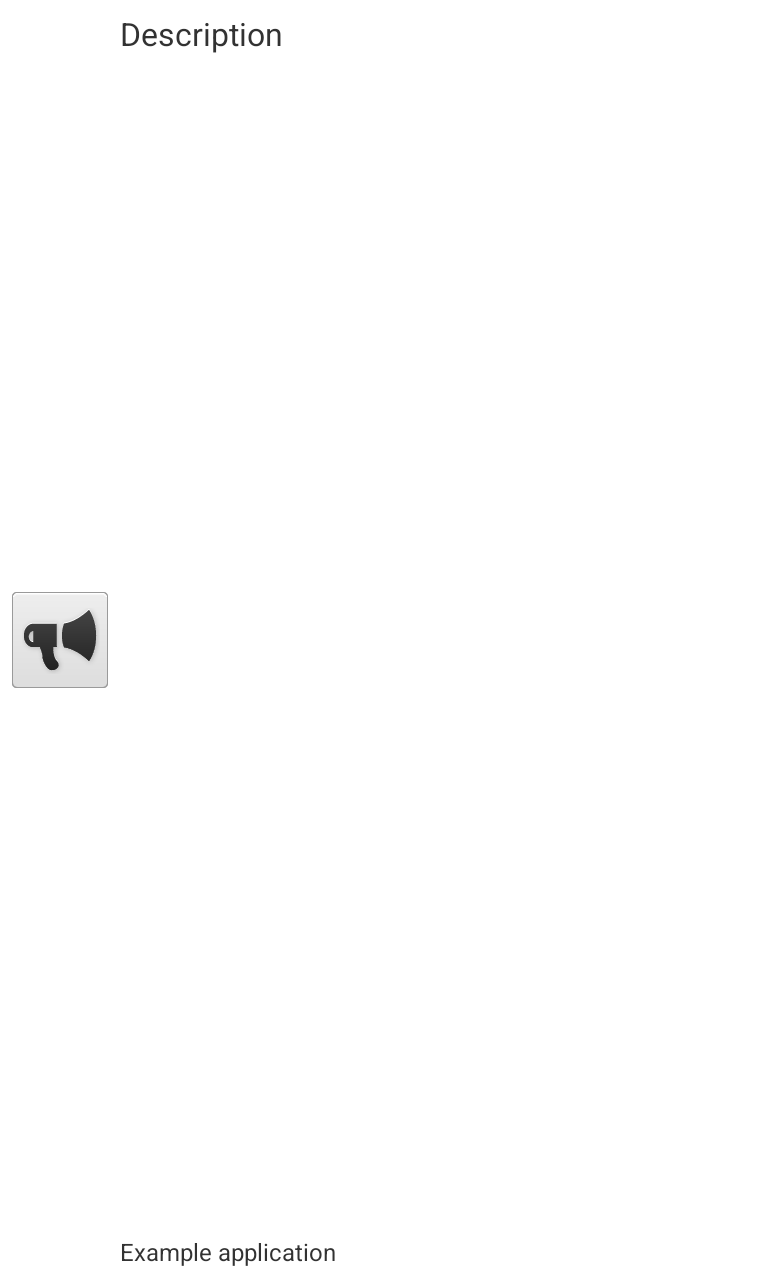
Repository: DeKaaskop/Android_1
Layout: Blogger_Inholland/res/layout/blog_listitem.xml
The author's editor kept a copy of each file at every save. The layout is drawn from the files as they stood at one save, then again after the next save.
It is drawn on a 768 x 1280 px phone screen (xhdpi) without system bars, with theme AppTheme; the app's code is not run. The app's manifest (not shown) leaves right-to-left support off. So textAlignment, textDirection and layoutDirection are ignored, and left and right values win over start and end ones.

Above is the layout before, as saved 2015-01-26 22:13:20.

### Blogger_Inholland/res/layout/blog_listitem.xml
<RelativeLayout xmlns:android="http://schemas.android.com/apk/res/android"
    android:layout_width="fill_parent"
    android:layout_height="?android:attr/listPreferredItemHeight"
    android:padding="6dip" >

    <ImageView
        android:id="@+id/blog_listitem_image"
        android:layout_width="wrap_content"
        android:layout_height="fill_parent"
        android:layout_alignParentBottom="true"
        android:layout_alignParentTop="true"
        android:layout_marginEnd="6dip"
        android:layout_marginRight="6dip"
        android:contentDescription="@string/image_description"
        android:src="@drawable/ic_launcher" />

    <TextView
        android:id="@+id/blog_listitem_title"
        android:layout_width="fill_parent"
        android:layout_height="26dip"
        android:layout_alignParentEnd="true"
        android:layout_alignParentRight="true"
        android:layout_alignParentTop="true"
        android:layout_alignWithParentIfMissing="true"
        android:layout_toEndOf="@id/blog_listitem_image"
        android:layout_toRightOf="@id/blog_listitem_image"
        android:ellipsize="marquee"
        android:singleLine="true"
        android:text="Description"
        android:textSize="16sp" />

    <TextView
        android:id="@+id/blog_listitem_description"
        android:layout_width="fill_parent"
        android:layout_height="wrap_content"
        android:layout_alignParentBottom="true"
        android:layout_alignParentEnd="true"
        android:layout_alignParentRight="true"
        android:layout_toEndOf="@id/blog_listitem_image"
        android:layout_toRightOf="@id/blog_listitem_image"
        android:gravity="center_vertical"
        android:text="Example application"
        android:textSize="12sp" />

</RelativeLayout>

### Blogger_Inholland/res/values/strings.xml
<?xml version="1.0" encoding="utf-8"?>
<resources>

    <string name="app_name">Blogger Inholland</string>
    <string name="title_activity_main">Blogger App</string>

    <!-- Bloglist Page -->
    <string name="image_description">Image</string>


    <!-- About Page -->
    <string name="title_activity_about">About</string>
    <string name="about_text">Lorem ipsum dolor sit amet, consectetur adipiscing elit. Integer gravida, elit ac ornare faucibus, risus purus dictum metus, venenatis ornare leo odio ut lectus. Suspendisse facilisis lectus auctor tortor imperdiet pretium. Proin non mi est, sit amet scelerisque mauris. Proin nunc arcu, viverra a consequat at, commodo sed justo. Nullam dignissim fringilla tortor, id pulvinar odio hendrerit et. Phasellus est nisl, consequat et mattis sed, scelerisque id mi. Nullam laoreet orci eros. Class aptent taciti sociosqu ad litora torquent per conubia nostra, per inceptos himenaeos. Class aptent taciti sociosqu ad litora torquent per conubia nostra, per inceptos himenaeos. Ut sit amet volutpat ligula. Aenean lacus tortor, feugiat eget interdum vel, auctor eu eros.
								Morbi velit diam, lobortis ac aliquam ut, suscipit at ipsum. Morbi imperdiet auctor mauris suscipit mattis. Curabitur interdum diam vestibulum est scelerisque semper. Nullam adipiscing feugiat mauris ut luctus. Donec ut posuere augue. Nam a pellentesque lacus. Morbi tempus, leo et fringilla imperdiet, dolor nisl ultricies diam, et egestas est eros non augue. Duis nec tortor dolor. Integer quis ligula purus. Nulla facilisi. Sed quis est vitae ligula auctor ut non nisi. Pellentesque vitae felis ut lectus semper laoreet in sit amet enim. Cras blandit condimentum leo, vitae venenatis felis vestibulum quis. Nunc lacinia scelerisque luctus. Pellentesque habitant morbi tristique senectus et netus et malesuada fames ac turpis egestas. Sed semper luctus magna ac imperdiet. Ut volutpat magna sed purus feugiat bibendum. Fusce quis ligula non tortor egestas scelerisque vitae quis nunc. Vestibulum pretium urna a neque ultrices condimentum. Morbi vitae libero lacus. Quisque mi ligula, vulputate ut ultrices vitae, ultrices quis mi. Sed lectus urna, euismod quis gravida nec, pharetra id tortor. Nam ultricies pulvinar magna non consectetur. Maecenas dignissim nulla porttitor dolor consequat molestie.</string>

    <!-- Profile Page -->
    <string name="title_activity_profile">Profile</string>
    <string name="profile_username">Jan</string>
    <string name="profile_description">Jan is de man!</string>
    <string name="profile_image_contentdescription">Profile picture</string>
    <string name="profile_edit_icon_title">Edit</string>

    <!-- Profile Edit Page -->
    <string name="title_activity_profile_edit">Profile Edit </string>
    <string name="profile_edit_username">Username</string>
    <string name="profile_edit_description">Description</string>
    <string name="profile_edit_description_profilepicture">Your profilepicture</string>
    <string name="profile_edit_save">Save</string>
    <string name="profile_save_edit_icon_title">Save</string>

    <!--  -->
    <string name="title_activity_post">New Post </string>
    <string name="post_edittext_title">Title!</string>
    <string name="post_edittext_description">Description!</string>
    <string name="btn_newpost_title">Post</string>
    <string name="post_iv_contentdescription">Search picture from gallery</string>
    <string name="title_activity_blogs">Posts</string>

    <!--
    <string name="add_message_title2">Choose Image</string>
    <string name="add_message_from_camera">From Camera</string>
    <string name="add_message_from_sd_card">From Sd Card</string>
     -->


</resources>

Loaded but not shown: Blogger_Inholland/res/values/styles.xml (common file); Blogger_Inholland/res/values-v11/styles.xml (common file); Blogger_Inholland/res/values-v14/styles.xml (common file)

After the next save:
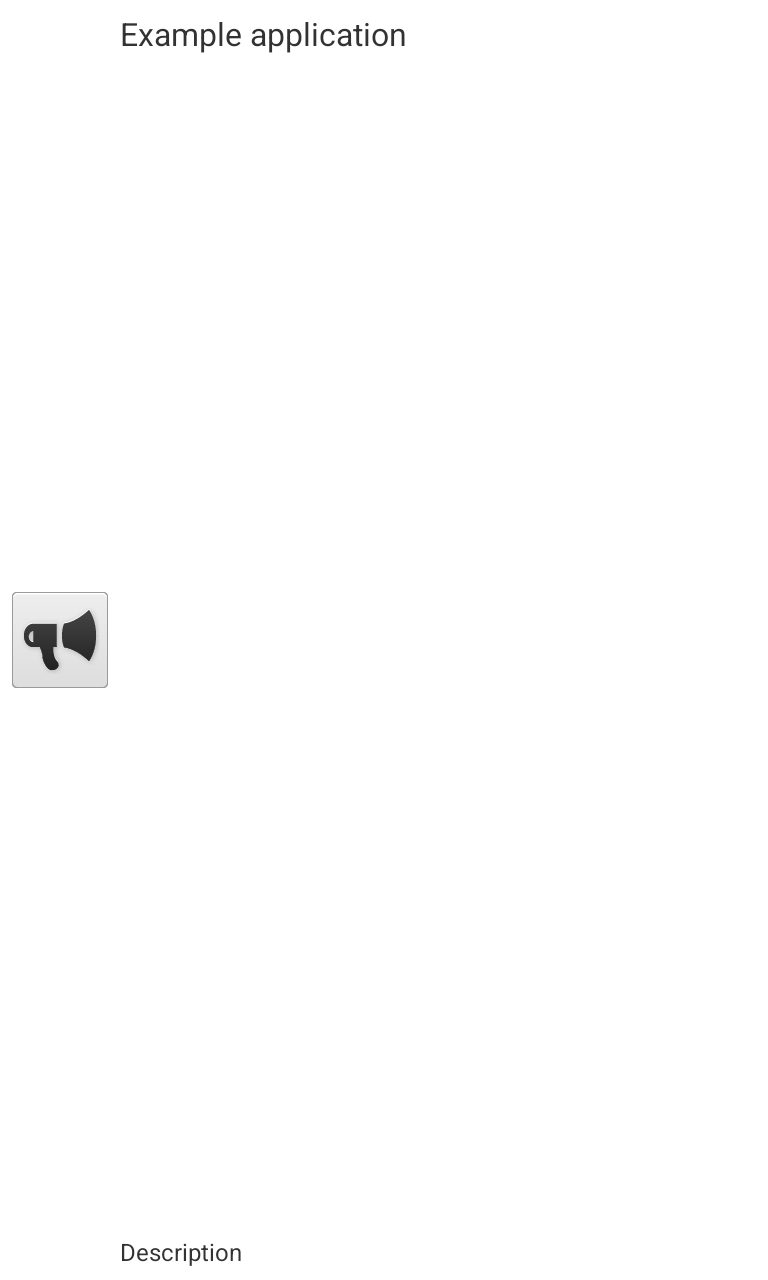
Saved 16 s later.
--- a/Blogger_Inholland/res/layout/blog_listitem.xml
+++ b/Blogger_Inholland/res/layout/blog_listitem.xml
@@ -26,7 +26,7 @@
         android:layout_toRightOf="@id/blog_listitem_image"
         android:ellipsize="marquee"
         android:singleLine="true"
-        android:text="Description"
+        android:text="Example application"
         android:textSize="16sp" />
 
     <TextView
@@ -39,7 +39,7 @@
         android:layout_toEndOf="@id/blog_listitem_image"
         android:layout_toRightOf="@id/blog_listitem_image"
         android:gravity="center_vertical"
-        android:text="Example application"
+        android:text="Description"
         android:textSize="12sp" />
 
 </RelativeLayout>
